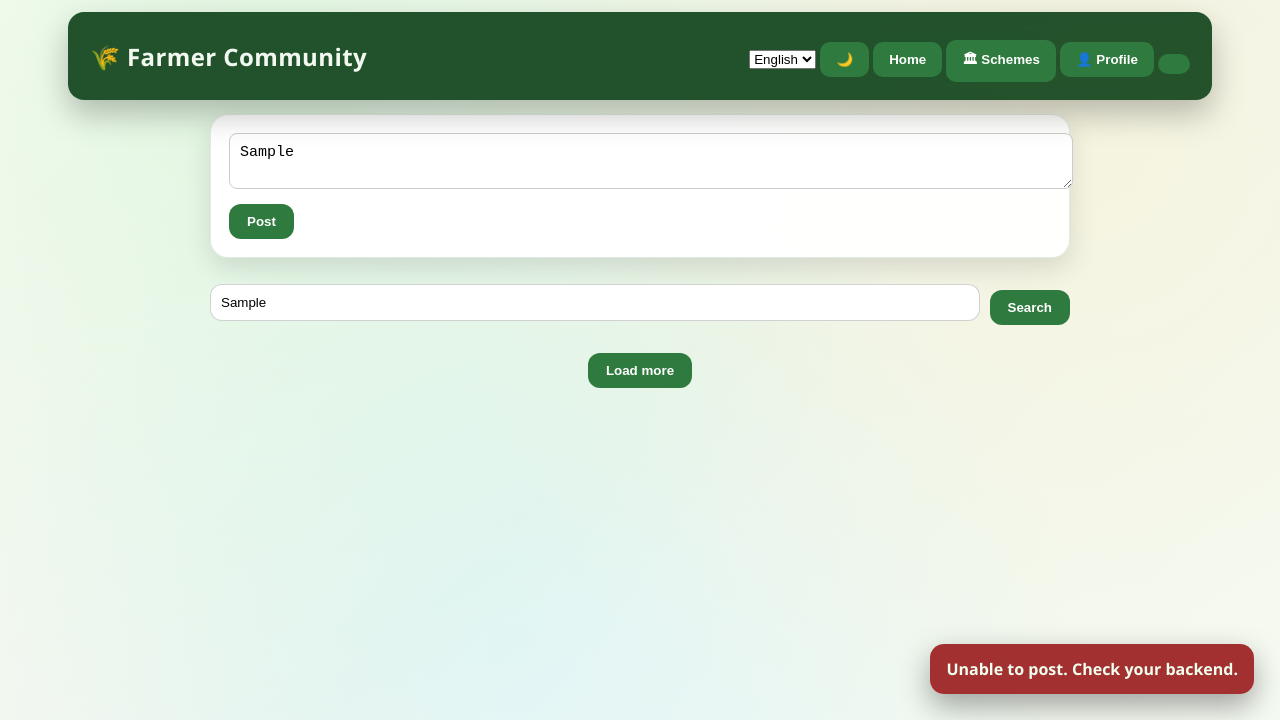
Repository: Desterhub/Agrogyanchatgpt
Page: agrogyan-gpt-main/frontend/community.html
These files come from the project's save history. The page is drawn as it stood at one moment and after the next save; the edit follows.
The browser window is 1280 px wide. The pictures show the whole page.
Empty fields were first filled with sample values (such as "Sample", 5 or name@example.com).
After loading, the first visible `button.primary-btn` was clicked once.
The page's requests for data from a server got no answer.

Above is the page before, as saved 2026-03-12 21:55:10.
Console error: ReferenceError: t is not defined

### agrogyan-gpt-main/frontend/community.html
<!DOCTYPE html>
<html lang="en">
<head>
    <meta charset="UTF-8">
    <title>Farmer Community</title>
    <link rel="stylesheet" href="style.css">
    <script defer src="i18n.js"></script>
    <style>
        /* Community page tweaks (extends base styles in style.css) */
        .community-container {
            max-width: 860px;
            margin: 26px auto 64px;
            padding: 0 16px;
        }

        .post-box {
            transition: transform 0.2s ease, box-shadow 0.2s ease;
        }

        .post-box:hover {
            transform: translateY(-2px);
            box-shadow: 0 10px 28px rgba(0, 0, 0, 0.14);
        }

        .post-card {
            background: rgba(255, 255, 255, 0.95);
            padding: 18px;
            border-radius: 18px;
            margin-bottom: 18px;
            box-shadow: 0 10px 26px rgba(0, 0, 0, 0.1);
            border: 1px solid rgba(47, 122, 62, 0.12);
            transition: transform 0.2s ease, box-shadow 0.2s ease, opacity 0.2s ease;
            opacity: 0;
            animation: fadeInUp 0.34s forwards;
        }

        .post-card:hover {
            transform: translateY(-3px);
            box-shadow: 0 14px 34px rgba(0, 0, 0, 0.15);
        }

        .post-header {
            display: flex;
            justify-content: space-between;
            align-items: flex-start;
            gap: 14px;
        }

        .post-meta {
            font-size: 13px;
            color: #536e55;
            white-space: nowrap;
        }

        .post-actions {
            display: flex;
            gap: 10px;
            flex-wrap: wrap;
            margin-top: 16px;
        }

        .post-actions button {
            background: rgba(47, 122, 62, 0.1);
            border: 1px solid rgba(47, 122, 62, 0.25);
            color: #2f7a3e;
            padding: 8px 14px;
            border-radius: 12px;
            cursor: pointer;
            transition: background 0.2s ease, transform 0.2s ease;
        }

        .post-actions button:hover {
            background: rgba(47, 122, 62, 0.18);
            transform: translateY(-1px);
        }

        .comment {
            background: rgba(47, 122, 62, 0.08);
            border: 1px solid rgba(47, 122, 62, 0.12);
            padding: 10px 12px;
            border-radius: 12px;
            margin-top: 10px;
        }

        /* loading skeleton */
        .skeleton {
            position: relative;
            overflow: hidden;
            opacity: 0.9;
        }

        .skeleton::after {
            content: "";
            position: absolute;
            top: 0;
            left: -120%;
            width: 120%;
            height: 100%;
            background: linear-gradient(90deg, transparent, rgba(255, 255, 255, 0.6), transparent);
            animation: shimmer 1.3s infinite;
        }

        .skeleton-line {
            background: rgba(230, 230, 230, 0.9);
            border-radius: 10px;
            height: 14px;
            margin-bottom: 10px;
        }

        .skeleton-title {
            width: 60%;
            height: 18px;
        }

        .skeleton-meta {
            width: 35%;
            height: 12px;
        }

        .skeleton-text {
            width: 100%;
        }

        .skeleton-action {
            width: 52%;
            height: 32px;
        }

        @keyframes shimmer {
            from {
                transform: translateX(-120%);
            }
            to {
                transform: translateX(120%);
            }
        }

        @keyframes fadeInUp {
            from {
                opacity: 0;
                transform: translateY(12px);
            }
            to {
                opacity: 1;
                transform: translateY(0);
            }
        }

        @media (max-width: 640px) {
            .top-bar {
                flex-wrap: wrap;
                gap: 10px;
                justify-content: center;
            }

            .top-actions {
                width: 100%;
                justify-content: center;
            }

            .community-container {
                padding: 0 14px;
            }

            .post-card {
                padding: 14px;
            }

            .post-actions {
                flex-direction: column;
                align-items: stretch;
            }

            .post-actions button {
                width: 100%;
            }
        }
    </style>
</head>

<body>

<header class="top-bar">
    <div class="brand-left" data-i18n="communityTitle">🌾 Farmer Community</div>
    <div id="welcomeUser" class="welcome-text"></div>

    <div class="top-actions">
        <select id="uiLanguage" class="lang-select" aria-label="UI Language">
            <option value="English">English</option>
            <option value="Hindi">Hindi</option>
            <option value="Marathi">Marathi</option>
        </select>
        <button id="themeButton" class="nav-btn" onclick="toggleTheme()">🌙</button>
        <button class="nav-btn" onclick="goHome()" data-i18n="home">Home</button>
        <button class="nav-btn" onclick="goToSchemes()" data-i18n="schemes">🏛 Schemes</button>
        <button class="nav-btn" onclick="goToProfile()" data-i18n="profile">👤 Profile</button>
        <button id="authButton" class="nav-btn"></button>
    </div>
</header>

<div id="toast" class="toast" role="status" aria-live="polite"></div>

<div id="tourOverlay" class="tour-overlay hidden">
    <div class="tour-card">
        <div class="tour-step" id="tourStep">
            <h3 id="tourTitle" data-i18n="tourWelcome">Welcome!</h3>
            <p id="tourText" data-i18n="tourText">Let's walk through the community features.</p>
            <div class="tour-buttons">
                <button id="tourNext" class="primary-btn" data-i18n="tourNext">Next</button>
                <button id="tourSkip" class="nav-btn" data-i18n="tourSkip">Skip</button>
            </div>
        </div>
    </div>
</div>

<main class="community-container">
    <section class="post-box">
        <textarea id="postContent" data-i18n-placeholder="communityPostPlaceholder" placeholder="Ask something to the community..."></textarea>
        <button class="primary-btn" onclick="createPost()" data-i18n="communityPostButton">Post</button>
    </section>

    <section class="search-bar" style="margin-top: 16px; display: flex; gap: 10px; flex-wrap: wrap; align-items: center;">
        <input id="postSearch" data-i18n-placeholder="communitySearchPlaceholder" placeholder="Search community posts..." style="flex:1; padding:10px; border-radius:12px; border:1px solid rgba(0,0,0,0.18);" />
        <button class="primary-btn" onclick="searchPosts()" data-i18n="communitySearchButton">Search</button>
    </section>

    <div id="postsContainer"></div>

    <div id="loadMoreWrapper" style="text-align:center; margin-top: 18px;">
        <button id="loadMoreBtn" class="primary-btn" onclick="loadMorePosts()" data-i18n="communityLoadMore">Load more</button>
    </div>
</main>

<div class="mobile-actions">
    <button class="nav-btn" onclick="createPost()" data-i18n="communityNewPost">+ New post</button>
    <button class="nav-btn" onclick="loadPosts({ reset: true })" data-i18n="communityRefresh">↻ Refresh</button>
</div>

<script>
const API = "http://127.0.0.1:8000";
const PAGE_SIZE = 6;

let postOffset = 0;
let currentSearch = "";
let currentUserId = null;

function setTheme(theme) {
    document.body.classList.toggle("dark-mode", theme === "dark");
    localStorage.setItem("theme", theme);
    const themeButton = document.getElementById("themeButton");
    if (themeButton) {
        themeButton.innerText = theme === "dark" ? "☀️" : "🌙";
    }
}

function toggleTheme() {
    const active = document.body.classList.contains("dark-mode") ? "dark" : "light";
    setTheme(active === "dark" ? "light" : "dark");
}

function showToast(message, type = "success", duration = 3200) {
    const toast = document.getElementById("toast");
    if (!toast) return;

    toast.className = `toast show ${type}`;
    toast.innerText = message;

    clearTimeout(toast.dismissId);
    toast.dismissId = setTimeout(() => {
        toast.className = "toast";
    }, duration);
}

function getTourSteps() {
    return [
        {
            titleKey: "tourStep1Title",
            textKey: "tourStep1Text",
        },
        {
            titleKey: "tourStep2Title",
            textKey: "tourStep2Text",
        },
        {
            titleKey: "tourStep3Title",
            textKey: "tourStep3Text",
        },
        {
            titleKey: "tourStep4Title",
            textKey: "tourStep4Text",
        },
    ];
}

let tourStepIndex = 0;

function showTourStep(index) {
    const overlay = document.getElementById("tourOverlay");
    const title = document.getElementById("tourTitle");
    const text = document.getElementById("tourText");

    if (!overlay || !title || !text) return;

    const step = getTourSteps()[index];
    if (!step) {
        endTour();
        return;
    }

    title.innerText = t(step.titleKey);
    text.innerText = t(step.textKey);
    overlay.classList.remove("hidden");
}

function nextTourStep() {
    tourStepIndex += 1;
    const steps = getTourSteps();
    if (tourStepIndex >= steps.length) {
        endTour();
        return;
    }
    showTourStep(tourStepIndex);
}

function endTour() {
    const overlay = document.getElementById("tourOverlay");
    if (overlay) {
        overlay.classList.add("hidden");
    }
    localStorage.setItem("communityTourSeen", "1");
}

function maybeStartTour() {
    if (localStorage.getItem("communityTourSeen")) return;
    tourStepIndex = 0;
    showTourStep(0);
}

function showLoadingSkeleton(count = 3) {
    const container = document.getElementById("postsContainer");
    container.innerHTML = "";

    for (let i = 0; i < count; i++) {
        const card = document.createElement("div");
        card.className = "post-card skeleton";
        card.innerHTML = `
            <div class="skeleton-line skeleton-title"></div>
            <div class="skeleton-line skeleton-meta"></div>
            <div class="skeleton-line skeleton-text"></div>
            <div class="skeleton-line skeleton-text"></div>
            <div class="skeleton-line skeleton-action"></div>
        `;
        container.appendChild(card);
    }
}

function scrollToLatestPost() {
    const container = document.getElementById("postsContainer");
    const last = container.lastElementChild;
    if (last) {
        last.scrollIntoView({ behavior: "smooth", block: "start" });
    }
}

async function createPost() {
    const content = document.getElementById("postContent").value.trim();
    if (!content) {
        alert(t("writeSomethingFirst"));
        return;
    }

    try {
        await fetch(API + "/community/create-post", {
            method: "POST",
            headers: { "Content-Type": "application/json" },
            body: JSON.stringify({ content, user_id: currentUserId || 1 })
        });
        document.getElementById("postContent").value = "";
        await loadPosts({ reset: true });
        scrollToLatestPost();
        showToast(t("postedSuccess"));
    } catch (err) {
        showToast(t("unableToPost"), "error");
        console.error("createPost error", err);
    }
}

async function loadPosts({ reset = true } = {}) {
    if (reset) {
        postOffset = 0;
    }

    const container = document.getElementById("postsContainer");

    if (reset) {
        container.innerHTML = "";
    }

    showLoadingSkeleton();

    const params = new URLSearchParams({
        limit: PAGE_SIZE.toString(),
        offset: postOffset.toString()
    });
    if (currentSearch) {
        params.set("search", currentSearch);
    }

    let posts = [];
    try {
        const res = await fetch(API + "/community/posts?" + params.toString());
        posts = await res.json();
    } catch (err) {
        showToast(t("unableToLoadPosts"), "error");
        console.error("loadPosts error", err);
        container.innerHTML = "<div style='padding: 18px; color:#333;'>" + t("unableToLoadPosts") + "</div>";
        return;
    }

    if (reset) {
        container.innerHTML = "";
    }

    if (reset && posts.length === 0) {
        showToast(t("noPostsYet"), "error");
    }

    for (const post of posts) {
        const commentRes = await fetch(API + "/community/comments/" + post.id);
        const comments = await commentRes.json();

        const postDiv = document.createElement("div");
        postDiv.className = "post-card";

        const reactionButtons = ["❤️", "😂", "😮", "😢", "😡"].map((emoji) => {
            const count = (post.reactions && post.reactions[emoji]) || 0;
            return `<button onclick="addReaction(${post.id}, '${emoji}')">${emoji} ${count}</button>`;
        }).join("");

        const isOwner = post.user_id && currentUserId && String(post.user_id) === String(currentUserId);
        const ownerActions = isOwner ? `
            <button onclick="editPost(${post.id})">✏️</button>
            <button onclick="deletePost(${post.id})">🗑️</button>
        ` : "";

        postDiv.innerHTML = `
            <div class="post-header">
                <div>
                    <div class="post-content" id="post-content-${post.id}">${post.content}</div>
                    <div class="post-meta">Posted by <strong>${post.user_name || "Anonymous"}</strong> • ${new Date(post.timestamp).toLocaleString()}</div>
                </div>
            </div>

            <div class="post-actions">
                <button onclick="likePost(${post.id})">👍 ${post.likes || 0}</button>
                <button onclick="dislikePost(${post.id})">👎 ${post.dislikes || 0}</button>
                ${reactionButtons}
                ${ownerActions}
            </div>

            <div class="comment" style="margin-top: 14px;">
                <input type="text" id="comment-${post.id}" placeholder="Write reply" />
                <button class="primary-btn" style="margin-top: 10px;" onclick="addComment(${post.id})">Reply</button>
            </div>

            <div id="comments-${post.id}">
                ${comments.map(c => `<div class="comment"><strong>${c.user_name || 'Guest'}:</strong> ${c.text}</div>`).join("")}
            </div>
        `;

        container.appendChild(postDiv);
    }

    const loadMoreBtn = document.getElementById("loadMoreBtn");
    if (loadMoreBtn) {
        loadMoreBtn.style.display = posts.length < PAGE_SIZE ? "none" : "inline-block";
    }
}

async function loadMorePosts() {
    postOffset += PAGE_SIZE;
    await loadPosts({ reset: false });
}

async function searchPosts() {
    currentSearch = document.getElementById("postSearch").value.trim();
    await loadPosts({ reset: true });
}

async function addReaction(postId, emoji) {
    try {
        await fetch(API + "/community/react", {
            method: "POST",
            headers: { "Content-Type": "application/json" },
            body: JSON.stringify({ post_id: postId, emoji })
        });

        showToast(t("reactedWithEmoji").replace("{emoji}", emoji));
        loadPosts({ reset: false });
    } catch (err) {
        showToast(t("unableToReact"), "error");
        console.error("addReaction error", err);
    }
}

async function likePost(id) {
    try {
        await fetch(API + "/community/like/" + id, { method: "POST" });
        showToast(t("liked"));
        loadPosts({ reset: false });
    } catch (err) {
        showToast(t("unableToLike"), "error");
        console.error("likePost error", err);
    }
}

async function dislikePost(id) {
    try {
        await fetch(API + "/community/dislike/" + id, { method: "POST" });
        showToast(t("disliked"), "error");
        loadPosts({ reset: false });
    } catch (err) {
        showToast(t("unableToDislike"), "error");
        console.error("dislikePost error", err);
    }
}

async function addComment(id) {
    const text = document.getElementById("comment-" + id).value.trim();
    if (!text) return;

    try {
        await fetch(API + "/community/comment", {
            method: "POST",
            headers: { "Content-Type": "application/json" },
            body: JSON.stringify({ post_id: id, user_id: currentUserId || 1, text })
        });

        showToast(t("repliedToPost"));
        loadPosts({ reset: false });
        scrollToLatestPost();
    } catch (err) {
        showToast(t("unableToAddComment"), "error");
        console.error("addComment error", err);
    }
}

async function editPost(postId) {
    const current = document.getElementById(`post-content-${postId}`)?.innerText || "";
    const updated = prompt(t("editPostPrompt"), current);
    if (updated === null || updated.trim() === "") return;

    await fetch(API + "/community/post", {
        method: "PUT",
        headers: { "Content-Type": "application/json" },
        body: JSON.stringify({ post_id: postId, user_id: currentUserId, content: updated })
    });

    loadPosts({ reset: true });
    showToast(t("postUpdated"));
}

async function deletePost(postId) {
    if (!confirm(t("deletePostConfirm"))) return;

    await fetch(API + "/community/post", {
        method: "DELETE",
        headers: { "Content-Type": "application/json" },
        body: JSON.stringify({ post_id: postId, user_id: currentUserId })
    });

    loadPosts({ reset: true });
    showToast(t("postRemoved"), "error");
}

function updateAuthButtons() {
    const user = localStorage.getItem("user");
    currentUserId = parseInt(localStorage.getItem("userId"), 10) || null;

    const authButton = document.getElementById("authButton");
    const welcomeUser = document.getElementById("welcomeUser");

    if (user) {
        welcomeUser.innerText = t("welcomeUserPrefix") + user;
        authButton.innerText = t("logout");
        authButton.onclick = () => {
            if (confirm(t("confirmLogout"))) {
                localStorage.removeItem("user");
                localStorage.removeItem("userId");
                window.location.href = "login.html";
            }
        };
    } else {
        welcomeUser.innerText = "";
        authButton.innerText = t("login");
        authButton.onclick = () => {
            window.location.href = "login.html";
        };
    }
}

function goHome() {
    window.location.href = "index.html";
}

// Initialize page
if (typeof initI18n === "function") {
    initI18n();
}
setTheme(localStorage.getItem("theme") || "light");
updateAuthButtons();
loadPosts({ reset: true }).then(() => maybeStartTour());

const tourNextBtn = document.getElementById("tourNext");
const tourSkipBtn = document.getElementById("tourSkip");
if (tourNextBtn) tourNextBtn.addEventListener("click", nextTourStep);
if (tourSkipBtn) tourSkipBtn.addEventListener("click", endTour);
</script>

</body>
</html>

Loaded but not shown: agrogyan-gpt-main/frontend/i18n.js (407 lines, source omitted); agrogyan-gpt-main/frontend/style.css (692 lines, source omitted)

After the next save:
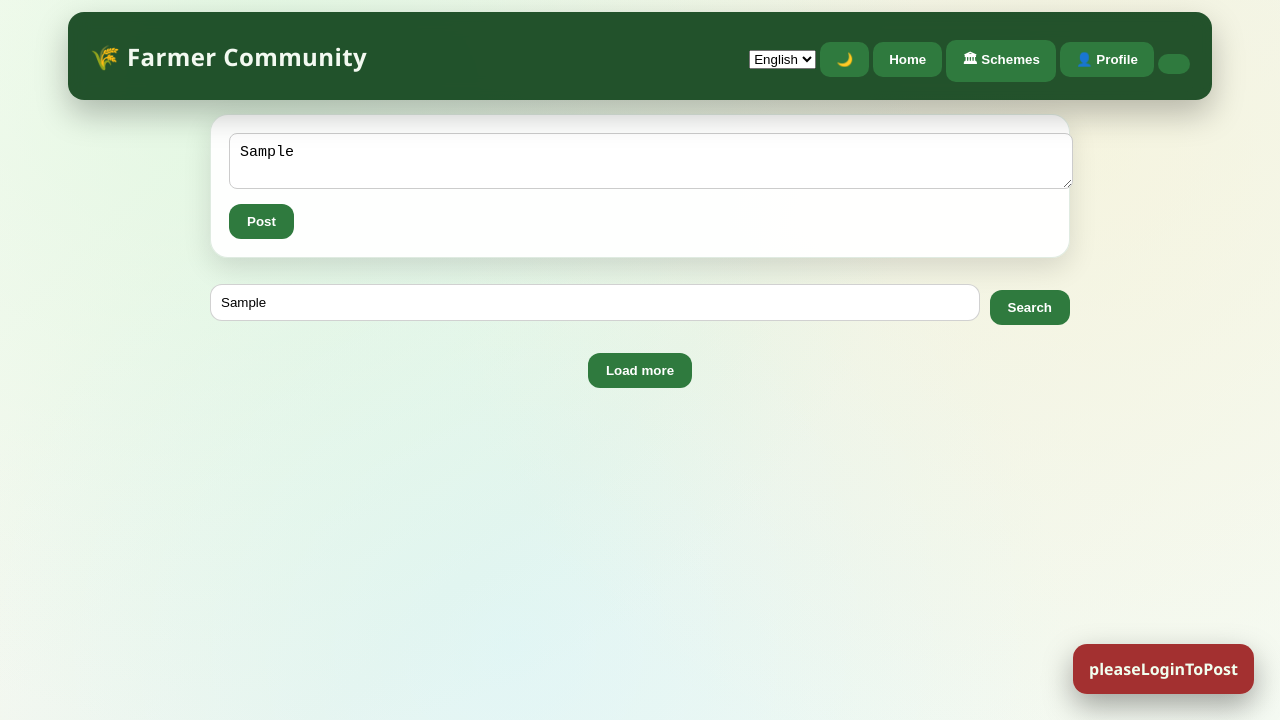
Saved 4 min 43 s later.
--- a/agrogyan-gpt-main/frontend/community.html
+++ b/agrogyan-gpt-main/frontend/community.html
@@ -369,12 +369,24 @@ async function createPost() {
         return;
     }
 
+    if (!currentUserId) {
+        showToast(t("pleaseLoginToPost"), "error");
+        return;
+    }
+
     try {
-        await fetch(API + "/community/create-post", {
+        const res = await fetch(API + "/community/create-post", {
             method: "POST",
             headers: { "Content-Type": "application/json" },
-            body: JSON.stringify({ content, user_id: currentUserId || 1 })
+            body: JSON.stringify({ content, user_id: currentUserId })
         });
+
+        const data = await res.json().catch(() => null);
+        if (!res.ok) {
+            showToast(data?.message || t("unableToPost"), "error");
+            return;
+        }
+
         document.getElementById("postContent").value = "";
         await loadPosts({ reset: true });
         scrollToLatestPost();
